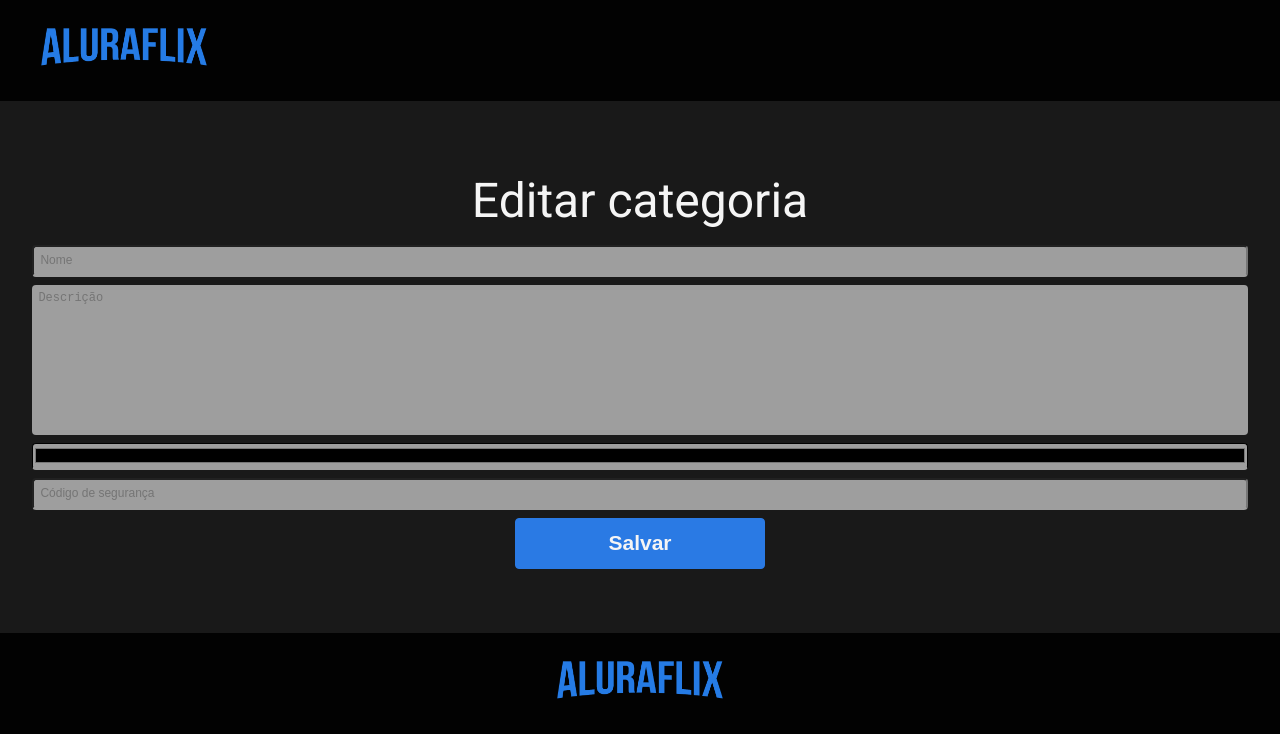
Repository: CarlosEduardoVdeOliveira/aluraflix
Page: /update-category/1
The author's editor kept a copy of each file at every save. The page is drawn from the files as they stood at one save, then again after the next save.
The browser window is 1280 px wide. The pictures show the whole page.
The project was rebuilt for these pictures with package versions that can differ from the ones it lists, and the page was loaded fresh each time. Also part of the build but not shown: vite.config.js, src/components/Banner/Banner.module.css, src/components/Card/Card.module.css, src/components/Card/index.jsx, src/components/Category/Category.module.css, src/components/Category/index.jsx, src/components/Container/Container.module.css, src/components/Container/index.jsx and 8 more.

Above is the page before, as saved 2023-10-04 08:50:05.

### index.html
<!doctype html>
<html lang="en">
  <head>
    <meta charset="UTF-8" />
    <link rel="preconnect" href="https://fonts.googleapis.com">
    <link rel="preconnect" href="https://fonts.gstatic.com" crossorigin>
    <!-- <link rel="icon" type="image/svg+xml" href="/vite.svg" /> -->
    <meta name="viewport" content="width=device-width, initial-scale=1.0" />
    <link href="https://fonts.googleapis.com/css2?family=Roboto:wght@300;400;500;700&display=swap" rel="stylesheet">
    <title>AluraFlix</title>
  </head>
  <body>
    <div id="root"></div>
    <script type="module" src="/src/main.jsx"></script>
  </body>
</html>

### src/main.jsx
import React from 'react'
import ReactDOM from 'react-dom/client'
import {AppRoutes} from './routes'
import './index.css'
import { ThemeProvider } from '@emotion/react'
import { theme } from './customColors'
ReactDOM.createRoot(document.getElementById('root')).render(
  <React.StrictMode>
    <ThemeProvider theme={theme}>
      <AppRoutes />
    </ThemeProvider>
  </React.StrictMode>,
)

### src/routes.jsx
import { BrowserRouter, Route, Routes } from 'react-router-dom'
import {PageBase} from './pages/pageBase'
import {Home} from './pages/Home'
import { ThemeProvider } from '@mui/material'
import { theme } from './customColors'
import {RegisterVideo} from './pages/RegisterVideo'
import {RegisterCategory} from './pages/RegisterCategory'
import { UpdateCategory } from './pages/UpdateCategory'


export const AppRoutes = () => {
  return (
    <BrowserRouter>
      <ThemeProvider theme={theme}>
        <Routes>
          <Route path='/' element={<PageBase />}>
            <Route index element={<Home />}></Route>
            <Route path='register-video' element={<RegisterVideo />}></Route>
            <Route path='register-category' element={<RegisterCategory />}></Route>
            <Route path={`update-category/:id`} element={<UpdateCategory />}></Route>
          </Route>
        </Routes>
      </ThemeProvider>
    </BrowserRouter>
  )
}

### src/index.css
:root {
  --gray-100: #F5F5F5;
  --gray-150: #E5E5E5;
  --gray-175: #C2C2C2;
  --gray-300: #9E9E9E;
  --gray-500: #191919;
  --black: #000;
  --blue-500: #2A7AE4;
  --red-500: #E53935;
  font-family: 'Roboto', sans-serif;
  line-height: 1.5;
  font-weight: 400;
  font-size: 1rem;
  font-synthesis: none;
  text-rendering: optimizeLegibility;
  -webkit-font-smoothing: antialiased;
  -moz-osx-font-smoothing: grayscale;
  -webkit-text-size-adjust: 100%;
}
*{
  box-sizing: border-box;
  margin: 0;
  padding: 0;
  scroll-behavior: smooth;
}
body{
  background-color: var(--gray-500);
}
a {
  text-decoration: none;
  transiton: .5s all ease-out;
}

button{
  cusor: pointer;
  transiton: .5s all ease-out;
}

@media screen and (max-width: 1080px){
  body{
    font-size: 87.5%;
  }
}
@media screen and (max-width: 700px){
  body{
    font-size: 75%;
  }
}

### src/customColors.js
import { createTheme } from '@mui/material/styles';

export const theme = createTheme({
  palette: {
    withe: "#FFFFFF",
    gray100: "#F5F5F5",
    gray150: "#E5E5E5",
    gray175: "#C2C2C2",
    gray300: "#9E9E9E",
    gray500: "#191919",
    black: "#000000",
    blue500: "#2A7AE4",
    red500: "#E53935",
  },
});

### src/pages/pageBase/index.jsx
import { Banner } from '../../components/Banner';
import {Footer} from '../../components/Footer';
import {Header} from '../../components/Header'
import { Outlet } from "react-router-dom";
import { useLocation } from 'react-router-dom';


export const PageBase = () => {
  const location = useLocation()
  return (
    <main>
      <Header button={location.pathname === '/'} />
      <Banner banner={location.pathname === '/'} />
      <Outlet />
      <Footer />
    </main>
  )
}

### src/pages/UpdateCategory/index.jsx
import { useState } from "react"
import {Button} from "../../components/Button"
import { Input, TextArea } from "../../components/Inputs"
import styles from './Update.module.css'
import {categories} from '../../../db.json'
import { useParams } from "react-router-dom"
/*
import { CategoryContextProvider } from "../../contexts/cotextCategory" */

export const UpdateCategory = () => {
  let {id} = useParams();
  console.log(useParams());
  console.log(id);
  function isCategory(){
    return categories.filter( item => item.name !== id)

  }
  const [name, setName] = useState("")
  const [color, setColor] = useState("")
  const [description, setDescription] = useState("")
  const [codigo, setCodigo] = useState("")

console.log(isCategory());

  return (
    <div className={styles.container}>
      <form>
        <h2>Editar categoria</h2>
        <Input value={name} onChange={
          (event) => setName(event.target.value)
        } type="text" placeholder="Nome" />
        <TextArea onChange={(event) => setDescription(event.target.value)} placeholder='Descrição'></TextArea>
        <Input onChange={(event) => setColor(event.target.value)} type="color" placeholder="Cor" label={"cor"} />
        <Input onChange={(event) => setCodigo(event.target.value)} type="text" placeholder="Código de segurança"/>
        <div className={styles.groupButton}>
        <Button
          bgColor="#2A7AE4"
          color="#F5F5F5"
          borderColor='1px solid #2A7AE4'
          type="submit"
          >
          Salvar
        </Button>
        </div>
      </form>
    </div>
  )
}

### src/components/Banner/index.jsx
/* eslint-disable react/prop-types */
import styles from './Banner.module.css'
import {videos, categories} from '../../../db.json'
import { Card } from '../Card';
import { useState } from 'react';
import { Category } from '../Category';

export const Banner = ({banner}) => {
  let [highlightCategory, setHighlightCategory] = useState(1)
  function findVideo() {
    return videos.find(video => video.category === categories[highlightCategory].name)
  }

  return(
    <>
      {
        banner && (
        <div className={styles.container}>
          <img className={styles.backgroundImage}
            src={findVideo().thumbnail}
            alt={findVideo().description}
          />
          <div className={styles.content}>
            <Category id={highlightCategory}
              bgColor={categories[highlightCategory].color}
              color="#f5f5f5"
              description={categories[highlightCategory].description}
              onClick={()=> console.log(setHighlightCategory(highlightCategory))}
            >
              {categories[highlightCategory].name}
            </Category>
            <h5 >
              {findVideo().name}
            </h5>
            <p>
              {findVideo().description}
            </p>
          </div>
          <Card
            {...videos.find(video => video.category === categories[highlightCategory].name)}
            borderColor={categories[highlightCategory].color}
          />
        </div>
        )
      }
    </>
  );
}

### src/components/Footer/index.jsx
import { Link } from 'react-router-dom'
import logo from '../../assets/logo.png'
import styles from './Footer.module.css'
export const Footer = () => {
  return (
    <footer className={styles.container}>
      <Link to='/'>
        <img src={logo} alt="Logo do aluraflix" />
      </Link>
    </footer>
  )
}

### src/components/Header/index.jsx
/* eslint-disable react/prop-types */
// eslint-disable-next-line no-unused-vars
import React from 'react';
import logo from '../../assets/logo.png'
import styles from './Header.module.css'
import { Link } from 'react-router-dom';
import {Button} from '../Button';


export const Header = ({button}) => {

  return (
    <header className={styles.container}>
      <Link to="/">
        <img src={logo} alt='Logo do aluraflix' />
      </Link>
      {button &&
          <Link to="/register-video">
            <Button
              bgColor="#000"
              borderColor="1px solid #FFF"
              color="#F5f5f5"
            >
                  Novo vídeo
            </Button>
          </Link>
      }
    </header>
  )
}

### src/components/Button/index.jsx
/* eslint-disable react/prop-types */
import styles from './Button.module.css'

export const Button = ({children, bgColor, borderColor, color ,title, id, type}) => {
  return(
    <button className={styles.button}
      type={type}
      style={{
        background:bgColor,
        border:borderColor,
        color:color
      }}
      id={id}
      title={title}
    >
      {children}
    </button>
  )
}

### src/components/Inputs/index.jsx
/* eslint-disable react/prop-types */
import styles from './Input.module.css'

export const Input = ({placeholder, type, value, onChange}) => {
  return(
    <>
      <input
        className={styles.input}
        type={type}
        value={value}
        placeholder={placeholder}
        onChange={onChange}/>
    </>
  )
}
export const TextArea = ({placeholder, value, onChange}) =>{
  return(
    <textarea
      value={value}
      className={styles.textarea}
      placeholder={placeholder}
      onChange={onChange}
    />
  )
}

export const Select = ({categories, value, onChange}) => {
  return(
    <>
      <select
        value={value}
        className={styles.input}
        name={categories}
        onChange={onChange}
      >
      {
          categories.map(category => (
            <option key={category.id} value={category.name}>{category.name}</option>
          ))
        }
      </select>
    </>
  )
}

### src/pages/UpdateCategory/Update.module.css
.container{
  width: 100%;
  margin: 2rem auto;
  padding: 2rem;
}

.container form{
  display: flex;
  align-items: center;
  justify-content: center;
  flex-direction: column;
  width: 100%;
  gap: .5rem;
}
.container h2{
  color: var(--gray-100);
  text-align: center;
  font-size: 3rem;
  font-weight: 400;
}

### src/components/Footer/Footer.module.css
.container{
  display: flex;
  align-items: center;
  justify-content: center;
  padding: 1.688rem 2.5rem;
  background-color: rgba(0, 0, 0, 0.9);
}

.container img{
  width: 168.45px;
  height: 40px;
}

### src/components/Header/Header.module.css
.container{
  display: flex;
  justify-content: space-between;
  align-items: center;
  padding: 1.688rem 2.5rem;
  background-color: rgba(0, 0, 0, 0.9);
}

.container img{
  width: 168.45px;
  height: 40px;
}

### src/components/Button/Button.module.css
.button{
  color: #FFF;
  text-align: center;
  padding: 0.8rem 1rem;
  border: none;
  border-radius: .25rem;
  font-size: 21px;
  font-weight: 600;
  cursor: pointer;
  line-height: 24px;
  transition: all .5s ease-in-out;
  width: fit-content;
  min-width: 15.625rem
}

.button:hover{
  opacity: 0.8;
}

### src/components/Inputs/Input.module.css
.input{
  color: var(--gray-100);
  font-size: 12px;
  font-weight: 300;
  width: 100%;
  padding: .4rem;
  background-color: var(--gray-300);
  border-bottom: 3px solid var(--gray-300);
  outline: none;
  border-radius: 4px;
}

.input[type='color']{
  padding: 0;
}

.input:focus{
  border-bottom: 3px solid var(--blue-500);
}

.input:invalid{
  border-bottom: 3px solid var(--red-500);
}


.textarea{
  color: var(--gray-175);
  font-size: 12px;
  font-weight: 300;
  resize: none;
  width: 100%;
  height: 9.375rem;
  padding: .4rem;
  background-color: var(--gray-300);
  outline: none;
  border: none;
  border-radius: 4px;
}

.textarea:focus{
  border-bottom: 3px solid var(--blue-500);
}
.textarea:invalid{
  border-bottom: 3px solid var(--red-500);
}

Loaded but not shown: db.json (248 lines, source omitted)

After the next save:
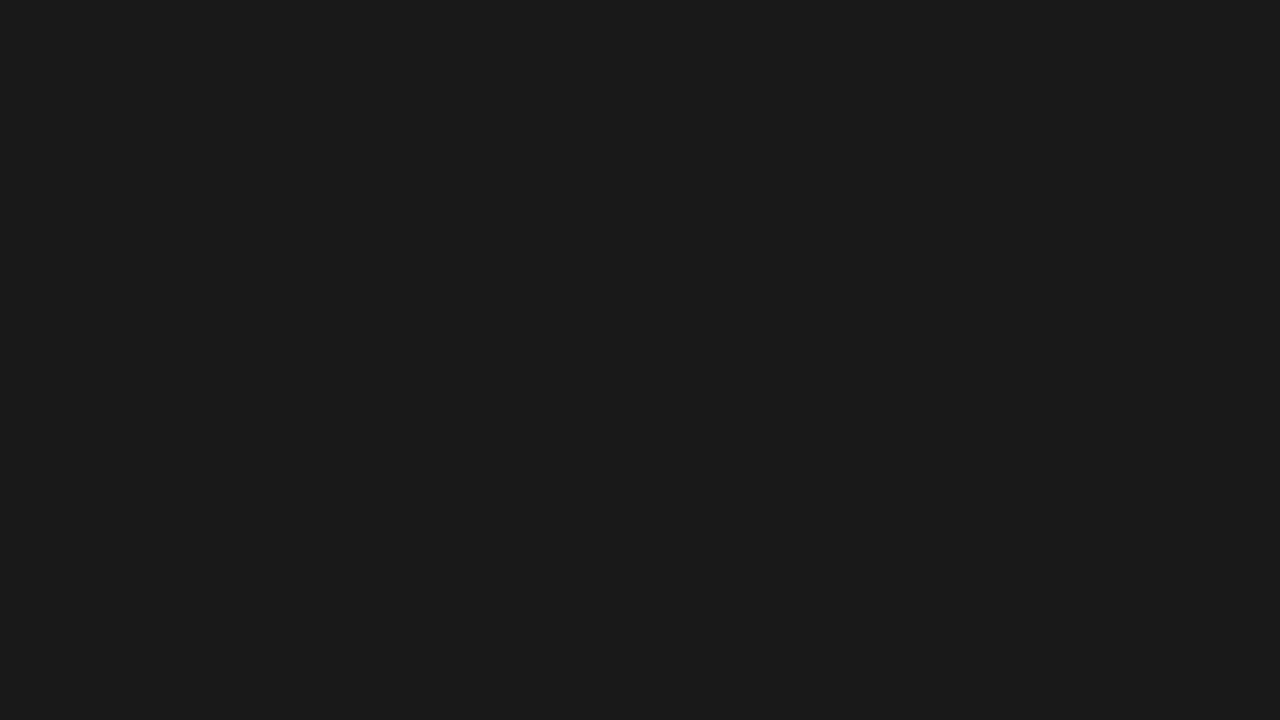
Console error: ReferenceError: id is not defined
Saved 35 s later.
--- a/src/pages/UpdateCategory/index.jsx
+++ b/src/pages/UpdateCategory/index.jsx
@@ -8,11 +8,11 @@
 import { CategoryContextProvider } from "../../contexts/cotextCategory" */
 
 export const UpdateCategory = () => {
-  let {id} = useParams();
+  let {categoryId} = useParams();
   console.log(useParams());
   console.log(id);
   function isCategory(){
-    return categories.filter( item => item.name !== id)
+    return categories.filter( item => item.name == categoryId)
 
   }
   const [name, setName] = useState("")

After the 2 saves that followed:
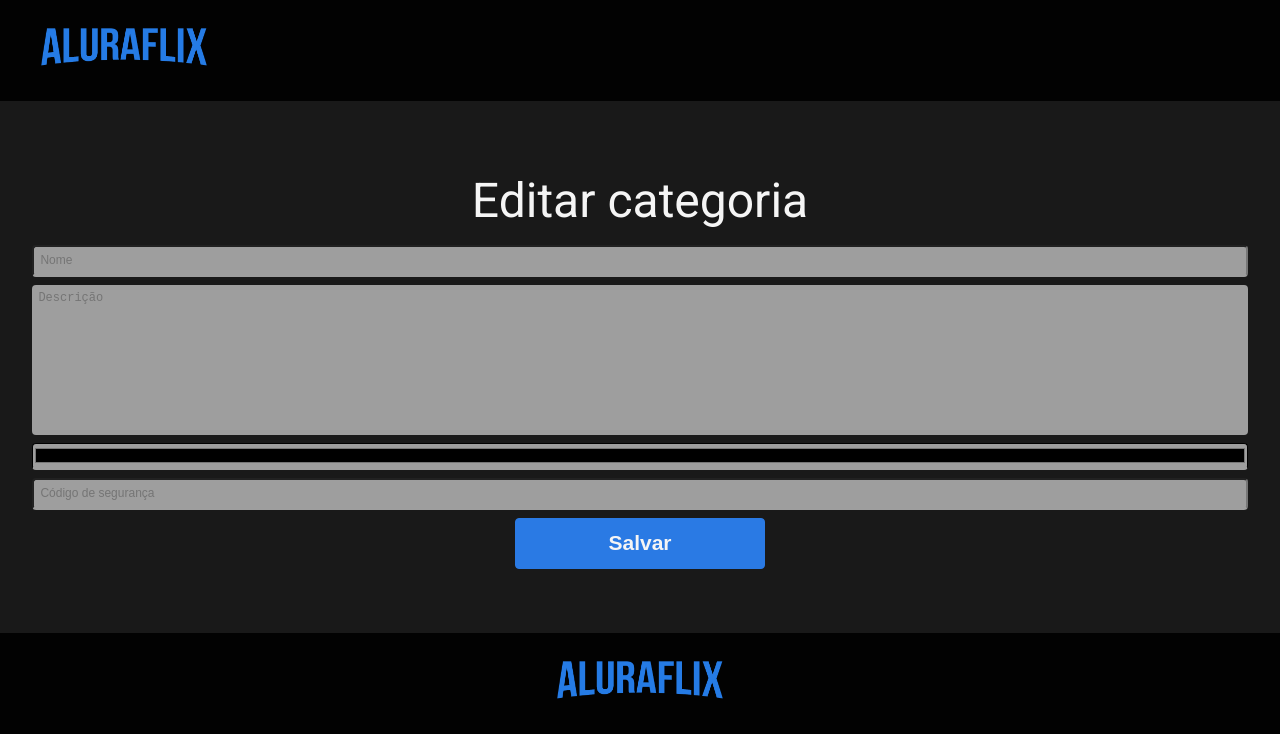
The error is gone.
The 2 saves are shown as one change because 1 left the picture as it was.
The last was saved 56 s later.
--- a/src/routes.jsx
+++ b/src/routes.jsx
@@ -17,7 +17,7 @@ export const AppRoutes = () => {
             <Route index element={<Home />}></Route>
             <Route path='register-video' element={<RegisterVideo />}></Route>
             <Route path='register-category' element={<RegisterCategory />}></Route>
-            <Route path={`update-category/:id`} element={<UpdateCategory />}></Route>
+            <Route path={`update-category/:categoryId`} element={<UpdateCategory />}></Route>
           </Route>
         </Routes>
       </ThemeProvider>
--- a/src/pages/UpdateCategory/index.jsx
+++ b/src/pages/UpdateCategory/index.jsx
@@ -10,7 +10,7 @@
 export const UpdateCategory = () => {
   let {categoryId} = useParams();
   console.log(useParams());
-  console.log(id);
+  console.log(categoryId);
   function isCategory(){
     return categories.filter( item => item.name == categoryId)
 
